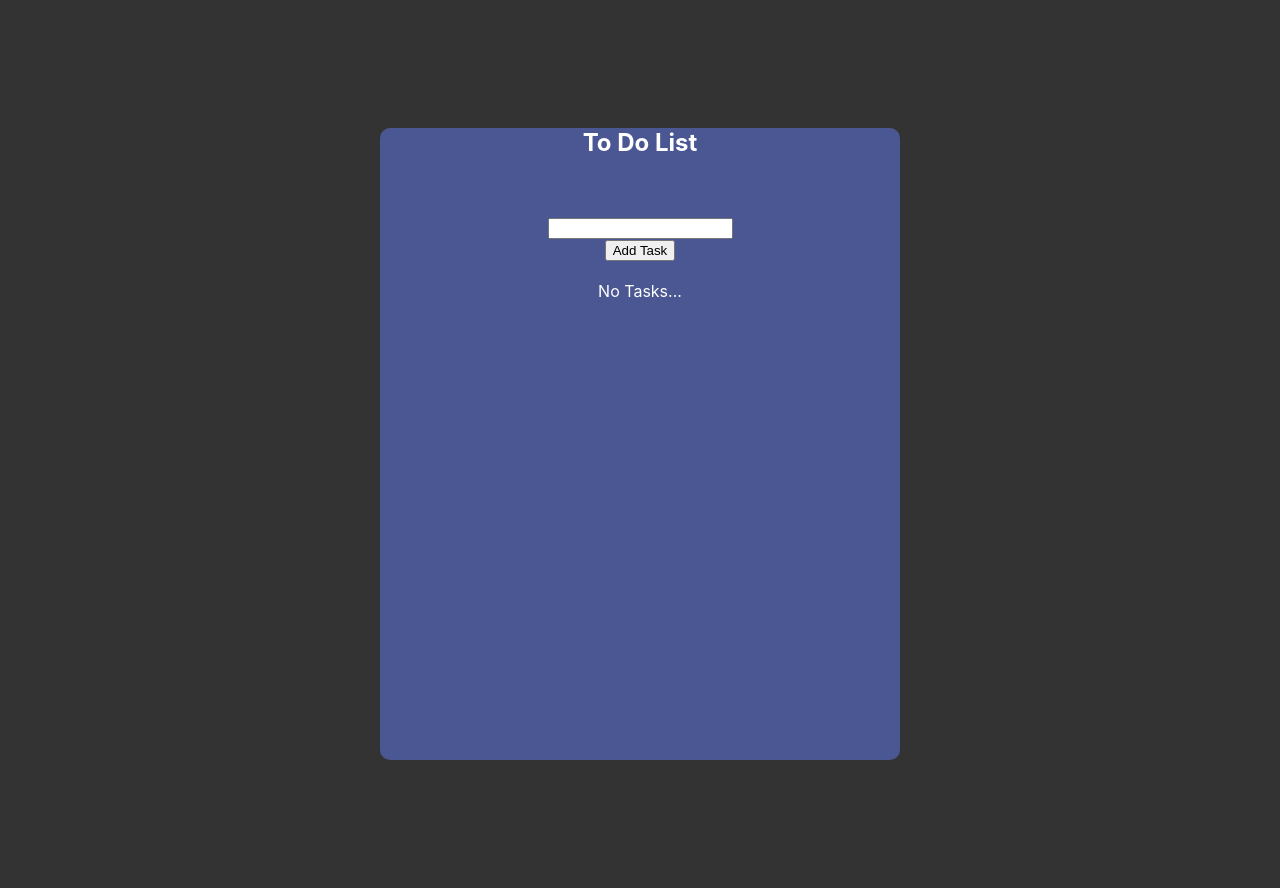
Repository: kirangautam45/ToDoList
Page: /
These files come from the project's save history. The page is drawn as it stood at one moment and after the next save; the edit follows.
The browser window is 1280 px wide. The pictures show the whole page.
The project was rebuilt for these pictures with package versions that can differ from the ones it lists, and the page was loaded fresh each time. Also part of the build but not shown: src/components/Update.js.

Above is the page before, as saved 2022-08-07 20:31:50.

After the next save:
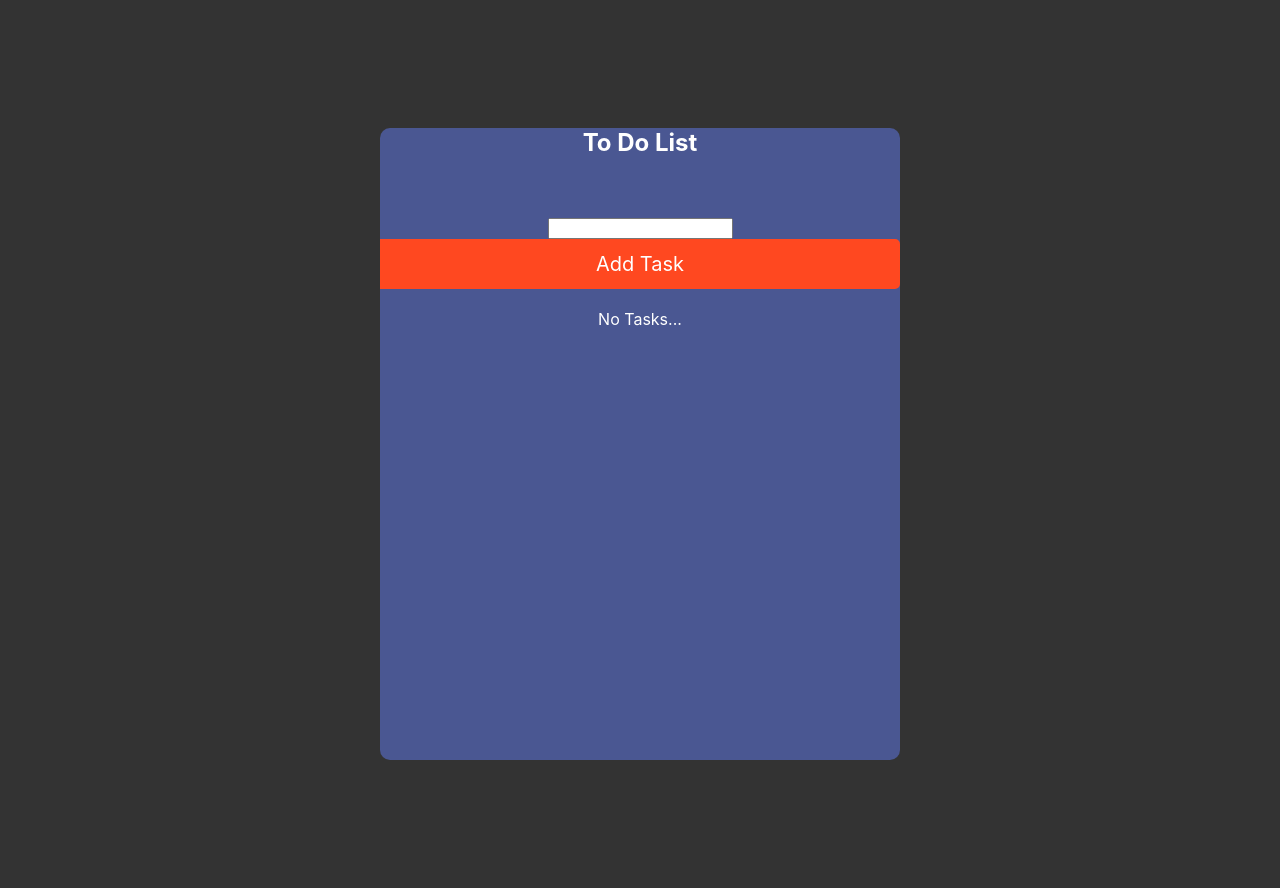
Saved 5 min 16 s later.
--- a/src/App.css
+++ b/src/App.css
@@ -78,5 +78,19 @@ body {
   margin-right: 20px;
 }
 .btn-success{
-
+  flex: 0.6;
+    width: 100%;
+    min-height: 50px;
+    font-family: var(--font-family);
+    font-weight: 400;
+    font-size: 20px;
+    line-height: 28px;
+    background: #FF4820;
+    border: 2px solid #FF4820;
+    padding: 0 1rem;
+    color: #fff;
+    cursor: pointer;
+    outline: none;
+    border-top-right-radius: 5px;
+    border-bottom-right-radius: 5px;
 }
